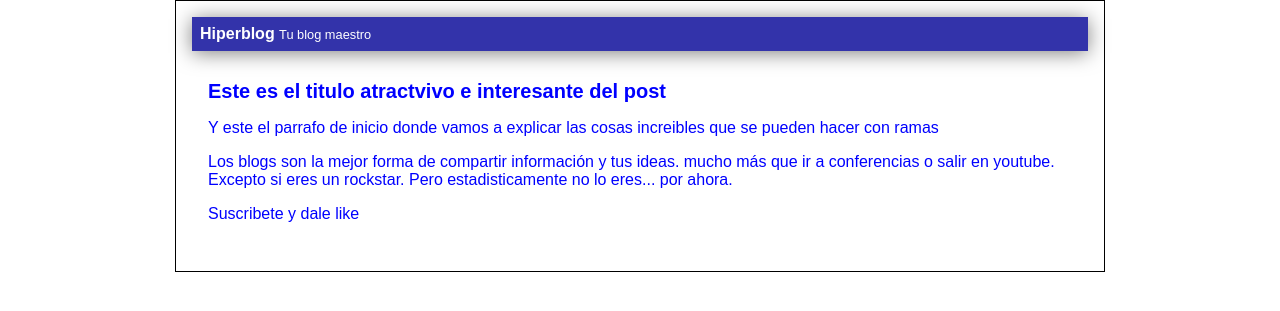
Repository: Areinomora/hiperblog
Page: blogpost.html
An editor plug-in stored every save of this project. The page is shown before and after the next save, followed by the edit.
The browser window is 1280 px wide. The pictures show the whole page.

Above is the page before, as saved 2022-12-22 15:31:53.

### blogpost.html
<!DOCTYPE html>
<html lang="en">
   <head>
    <meta charset="UTF-8">
    <meta http-equiv="X-UA-Compatible" content="IE=edge">
    <meta name="viewport" content="width=device-width, initial-scale=1.0">
    <title>Titulo del blog post</title>
    <link rel="stylesheet" href="/css/estilos.css">
    </head>
    <body>
        <div id="container">
            <div id="cabecera">
                Hiperblog
                <span id="tagline"> Tu blog maestro</span>
            </div>
            <div id="post">
                <h1>Este es el titulo atractvivo e interesante del post</h1>
                <p>Y este el parrafo de inicio donde vamos a explicar las cosas increibles
                    que se pueden hacer con ramas
                </p>
                <p> Los blogs son la mejor forma de compartir información y tus ideas.
                    mucho más que ir a conferencias o salir en youtube. Excepto si eres un rockstar. Pero estadisticamente no lo eres... por ahora.
                </p>
                <p> Suscribete y dale like</p>
            </div>
        </div>
    </body>
</html>

### css/estilos.css
body
{
    color:blue;
    text-align:center;
    font-family:"arial";
    font-size: 16 px;
    padding: 0;
    margin: 0;

}
#cabecera
{
    background: #33a;
    box-shadow: 0px 2px 20px rgba(0,0,0,0.5);
    color: white;
    font-weight: bold;
    margin: 0;
    padding: 0.5em;

}
#cabecera #tagline
{
    padding: 0,0,0,1em;
    font-weight: normal;
    font-size: 0.8em;


}
#container
{
    width: 70%;
    padding: 1em;
    text-align: left;
    border: 1px solid #000;
    margin:auto;

}
#container h1
{
    font-size: 20px;
}
#post
{
    padding: 1em;
}

After the next save:
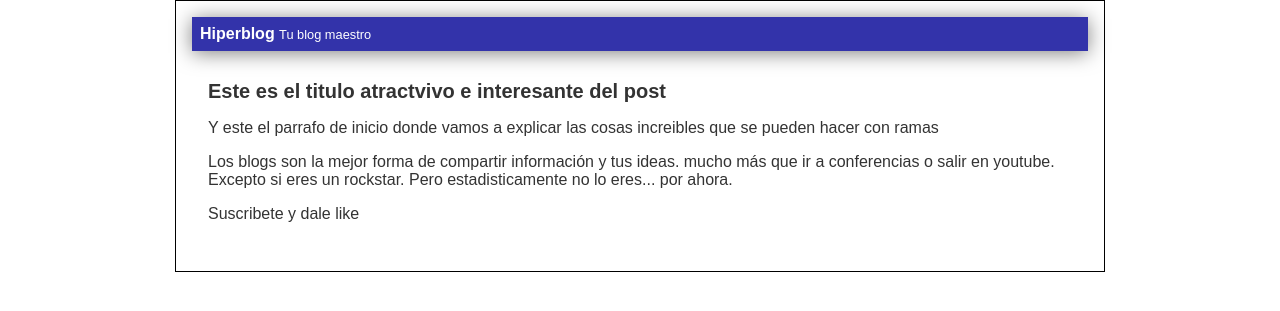
Saved 12 min 45 s later.
--- a/css/estilos.css
+++ b/css/estilos.css
@@ -1,6 +1,6 @@
 body
 {
-    color:blue;
+    color:#333;
     text-align:center;
     font-family:"arial";
     font-size: 16 px;
